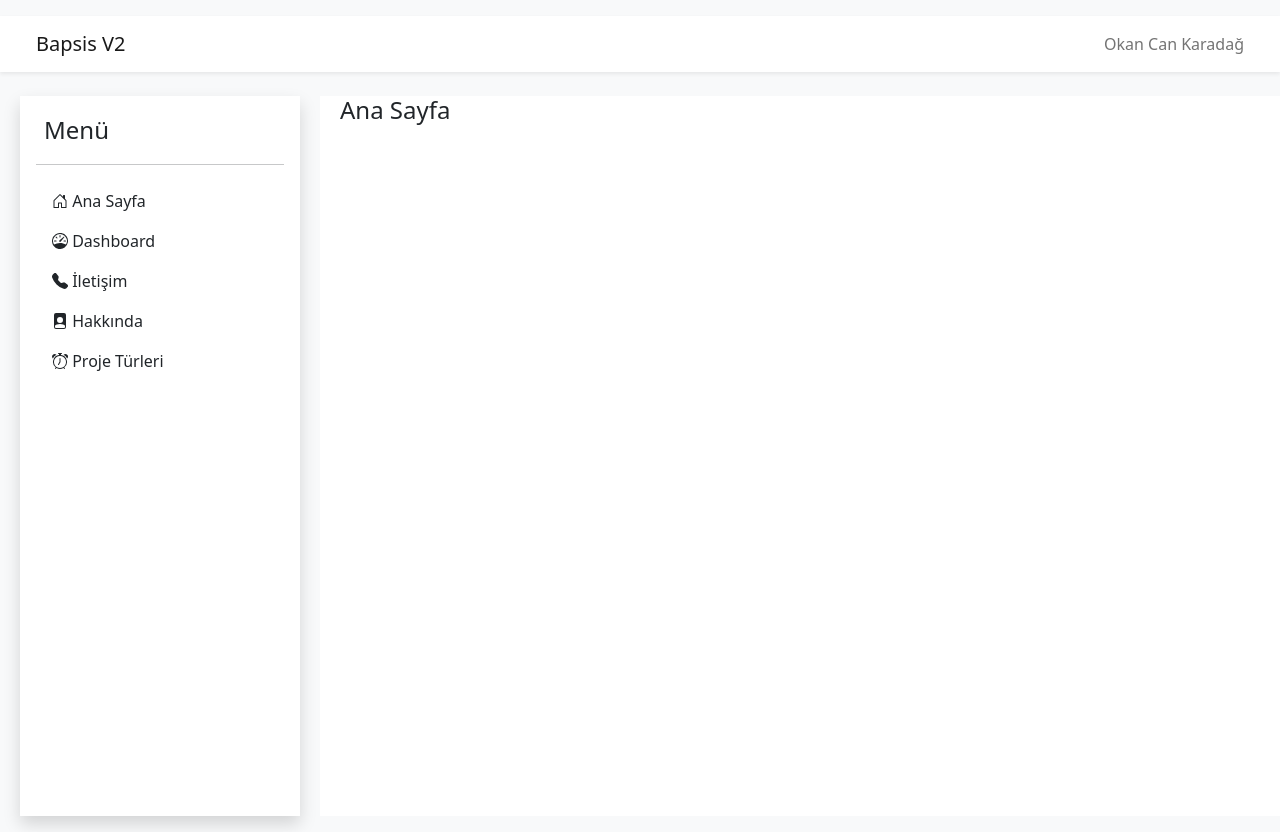
Repository: okankrdg/ReactCoreTemplate
Page: / (app in ReactCoreTemplate/client/)
An editor plug-in stored every save of this project. The page is shown before and after the next save, followed by the edit.
The browser window is 1280 px wide. The pictures show the whole page.
The project was rebuilt for these pictures with package versions that can differ from the ones it lists, and the page was loaded fresh each time. Also part of the build but not shown: ReactCoreTemplate/client/src/App.css, ReactCoreTemplate/client/src/Pages/ProjectTypes.js.

Above is the page before, as saved 2021-09-06 23:52:20.

### ReactCoreTemplate/client/src/App.js
import "./App.css";
import Layout from "./components/Layout";
import { Route, Switch } from "react-router-dom";
import { About, Dashboard, Home, Contact } from "./Pages/NavLinkComps";
import ProjectTypes from "./Pages/ProjectTypes";
function App() {
  return (
    <Layout>
      <div className="col-md-9 bg-white mx-2">
        <Switch>
          <Route path="/about">
            <About />
          </Route>
          <Route path="/dashboard">
            <Dashboard />
          </Route>
          <Route exact path="/">
            <Home />
          </Route>
          <Route path="/contact">
            <Contact />
          </Route>
          <Route path="/projecttypes">
            <ProjectTypes />
          </Route>
        </Switch>
      </div>
    </Layout>
  );
}

export default App;

### ReactCoreTemplate/client/src/components/Layout.js
import Header from "./Header";
import NavigationMenu from "./NavigationMenu";
import "../dist/bootstrap/bootstrap.min.css";
const Layout = ({ children }) => {
  return (
    <div className="container-fluid">
      <div className="row py-3" style={{ backgroundColor: "#f8f9fa" }}>
        <Header />
        <div className="col-3">
          <div className="sticky-top">
            <NavigationMenu />
          </div>
        </div>
        <div className="col bg-white">{children}</div>
      </div>
    </div>
  );
};
export default Layout;

### ReactCoreTemplate/client/src/Pages/NavLinkComps.js
const Home = () => {
  return <h4>Ana Sayfa</h4>;
};
const Dashboard = () => {
  return <h4>Dashboard</h4>;
};
const About = () => {
  return <h4>Hakkında</h4>;
};
const Contact = () => {
  return <h4>İletişim</h4>;
};
export { Home, Dashboard, About, Contact };

### ReactCoreTemplate/client/src/components/Header.js
import { Navbar, Container } from "react-bootstrap";
const Header = () => {
  return (
    <Navbar className="mb-4 bg-white shadow-sm">
      <Container fluid>
        <Navbar.Brand href="#home">Bapsis V2</Navbar.Brand>
        <Navbar.Toggle />
        <Navbar.Collapse className="justify-content-end">
          <Navbar.Text>Okan Can Karadağ</Navbar.Text>
        </Navbar.Collapse>
      </Container>
    </Navbar>
  );
};
export default Header;

### ReactCoreTemplate/client/src/components/NavigationMenu.js
import * as Icon from "react-bootstrap-icons";
import { Link } from "react-router-dom";
const NavigationMenu = () => {
  return (
    <div className="d-flex flex-column p-3 bg-white mx-2 vh-100 shadow">
      <a
        href="/"
        className="d-flex align-items-center mx-2 link-dark text-decoration-none"
      >
        <span className="fs-4">Menü</span>
      </a>
      <hr></hr>
      <ul className="nav nav-pills flex-column mb-auto">
        <li className="nav-item">
          <Link to="/" className="text-decoration-none">
            <button className="nav-link link-dark">
              <Icon.HouseDoor style={{ verticalAlign: "-.125em" }} /> Ana Sayfa
            </button>
          </Link>
        </li>
        <li>
          <Link to="/dashboard" className="text-decoration-none">
            <button className="nav-link link-dark">
              <Icon.Speedometer style={{ verticalAlign: "-.125em" }} />{" "}
              Dashboard
            </button>
          </Link>
        </li>
        <li>
          <Link to="/contact" className="text-decoration-none">
            <button className="nav-link link-dark">
              <Icon.TelephoneFill style={{ verticalAlign: "-.125em" }} />{" "}
              İletişim
            </button>
          </Link>
        </li>
        <li>
          <Link to="/about" className="text-decoration-none">
            <button className="nav-link link-dark">
              <Icon.FilePersonFill style={{ verticalAlign: "-.125em" }} />{" "}
              Hakkında
            </button>
          </Link>
        </li>
        <li>
          <Link to="/projecttypes" className="text-decoration-none">
            <button className="nav-link link-dark">
              <Icon.Alarm style={{ verticalAlign: "-.125em" }} /> Proje Türleri
            </button>
          </Link>
        </li>
      </ul>
    </div>
  );
};
export default NavigationMenu;

Loaded but not shown: ReactCoreTemplate/client/public/index.html (common file); ReactCoreTemplate/client/src/index.js (common file); ReactCoreTemplate/client/src/index.css (common file); ReactCoreTemplate/client/src/dist/bootstrap/bootstrap.min.css (library); ReactCoreTemplate/client/src/App.css (no copy from this time; the picture is the same without it)

After the next save:
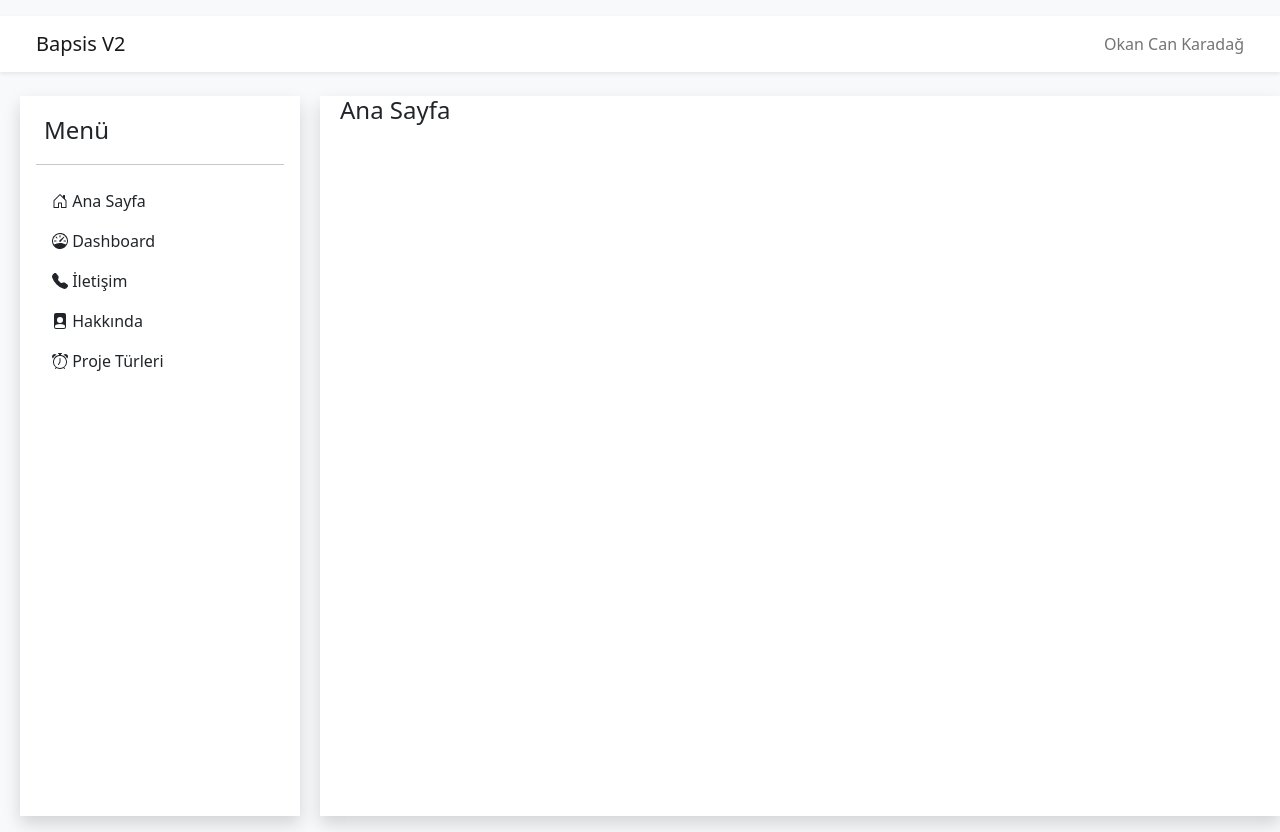
Saved 11 s later.
--- a/ReactCoreTemplate/client/src/components/Layout.js
+++ b/ReactCoreTemplate/client/src/components/Layout.js
@@ -11,7 +11,7 @@ const Layout = ({ children }) => {
             <NavigationMenu />
           </div>
         </div>
-        <div className="col bg-white">{children}</div>
+        <div className="col bg-white shadow">{children}</div>
       </div>
     </div>
   );
